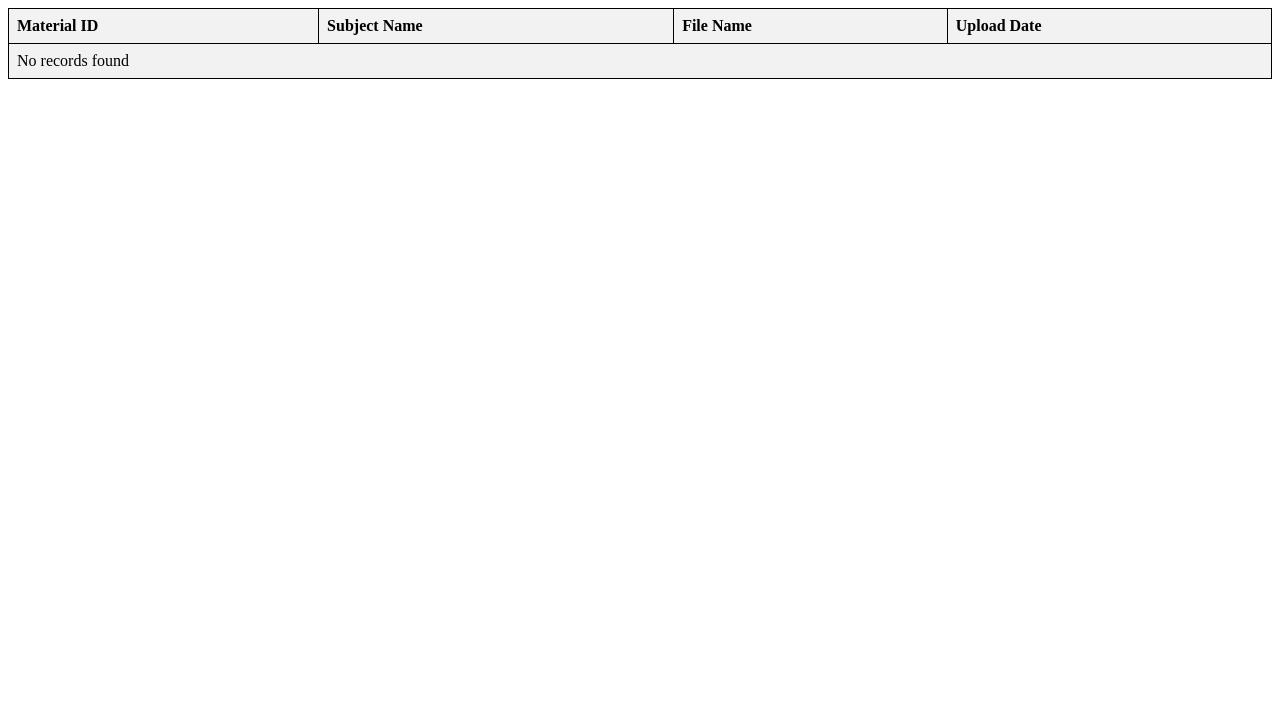
Repository: Acharya-Keerthana/Education
Page: http://localhost/third_sem/COD.php
An editor plug-in stored every save of this project. The page is shown before and after the next save, followed by the edit.
The browser window is 1280 px wide. The pictures show the whole page.
The page is run by PHP 8.4 with error messages shown; the project is at /var/www/html/. Queries for data that is not in the repository find no rows.

Above is the page before, as saved 2024-04-16 16:59:41.

### third_sem/COD.php
<!DOCTYPE html>
<html>
<head>
    <link rel="stylesheet" type="text/css" href="styles.css">
</head>
<body>
    <div class="table-container">
        <table>
            <tr><th>Material ID</th><th>Subject Name</th><th>File Name</th><th>Upload Date</th></tr>
            <?php
            require 'database.php';

            $sql = "SELECT sm.material_id, sm.file_name, sm.file_path, sm.upload_date, s.subject_name
                    FROM study_materials sm
                    JOIN subjects s ON sm.subject_id = s.subject_id WHERE s.subject_id= 2";

            $result = $conn->query($sql);

            if ($result->num_rows > 0) {
                // Fetch each row and populate the table
                while ($row = $result->fetch_assoc()) {
                    echo "<tr><td>" . $row["material_id"] . "</td><td>" . $row["subject_name"] . "</td><td>" . $row["file_name"] . "</td><td>" . $row["upload_date"] . "</td></tr>";
                }
            } else {
                echo "<tr><td colspan='5'>No records found</td></tr>";
            }
            ?>
        </table>
    </div>
</body>
</html>

### third_sem/database.php
<?php
error_reporting(0);
$servername="localhost";
$username="root";
$password="";
$database="education";

$conn=mysqli_connect($servername,$username,$password,$database);
if(!$conn){
die ("connection error".mysqli_connect_error());
}

### third_sem/styles.css
.table-container {
    width: 100%;
    overflow-x: auto;
}

table {
    border-collapse: collapse;
    width: 100%;
}

th, td {
    border: 1px solid black;
    padding: 8px;
    text-align: left;
}

th {
    background-color: #f2f2f2;
    font-weight: bold;
}

tr:nth-child(even) {
    background-color: #f2f2f2;
}

tr:hover {
    background-color: #ddd;
}

After the next save:
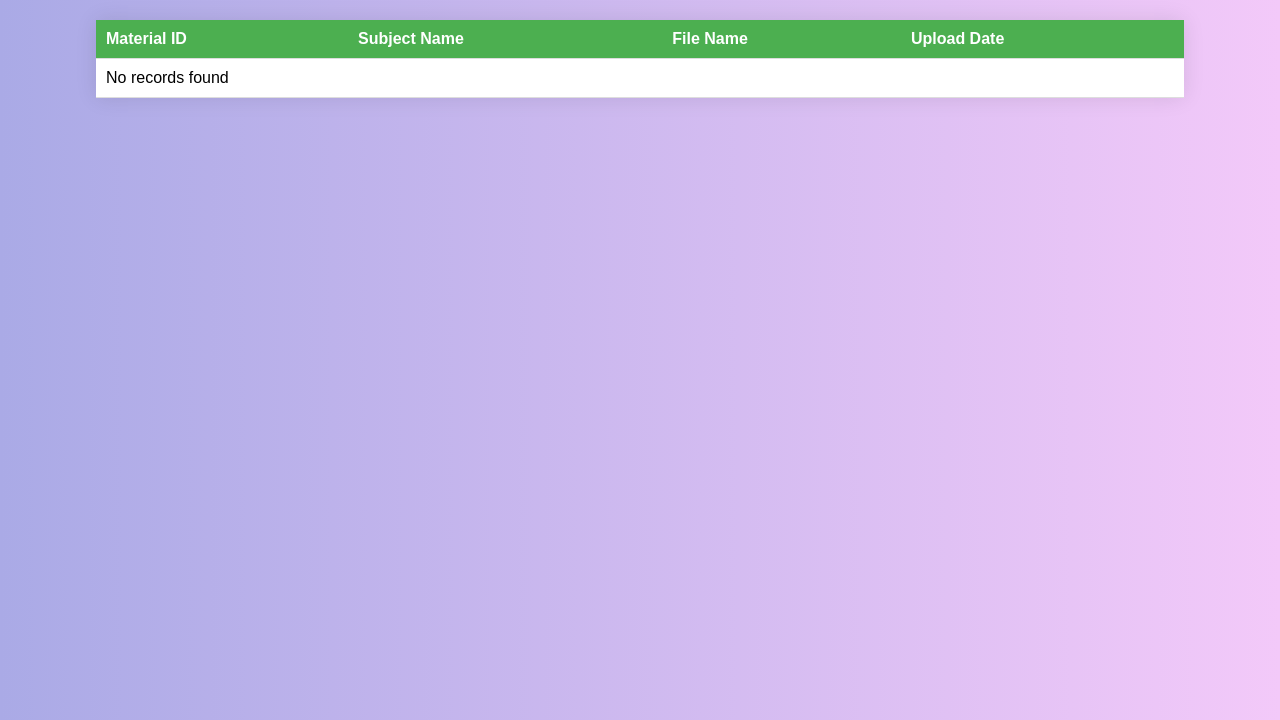
Saved 4 min 26 s later.
--- a/third_sem/styles.css
+++ b/third_sem/styles.css
@@ -1,28 +1,61 @@
-.table-container {
-    width: 100%;
-    overflow-x: auto;
+
+body {
+    font-family: Arial, sans-serif;
+    margin: 0;
+    padding: 0;
+    animation: changeBackgroundColor 20s infinite linear; /* Change background color every 20 seconds */
+}
+
+@keyframes changeBackgroundColor {
+    0% {
+        background-color: rgb(170, 170, 230);
+    }
+    50% {
+        background: linear-gradient(to right, rgb(170, 170, 230), rgb(243, 201, 249)); /* Gradient transition */
+    }
+    100% {
+        background-color: rgb(243, 201, 249);
+    }
+}
+
+h2 {
+    text-align: center;
+    margin-top: 20px;
+    color: #333;
+    animation: changeHeadingColor 8s infinite alternate; /* Change heading color every 8 seconds */
+}
+
+@keyframes changeHeadingColor {
+    0% {
+        color: #333;
+    }
+    50% {
+        color: #ff5733; /* Change to a different color */
+    }
+    100% {
+        color: #333;
+    }
 }
 
 table {
+    width: 85%;
+    margin: 20px auto;
     border-collapse: collapse;
-    width: 100%;
+    background-color: #fff;
+    box-shadow: 0 0 20px rgba(0, 0, 0, 0.1);
 }
 
 th, td {
-    border: 1px solid black;
-    padding: 8px;
+    padding: 10px;
     text-align: left;
+    border-bottom: 1px solid #ddd;
 }
 
 th {
-    background-color: #f2f2f2;
-    font-weight: bold;
-}
-
-tr:nth-child(even) {
-    background-color: #f2f2f2;
+    background-color: #4CAF50; /* Bright green for better visibility */
+    color: white; /* White text color for contrast */
 }
 
 tr:hover {
-    background-color: #ddd;
+    background-color: #f5f5f5;
 }
